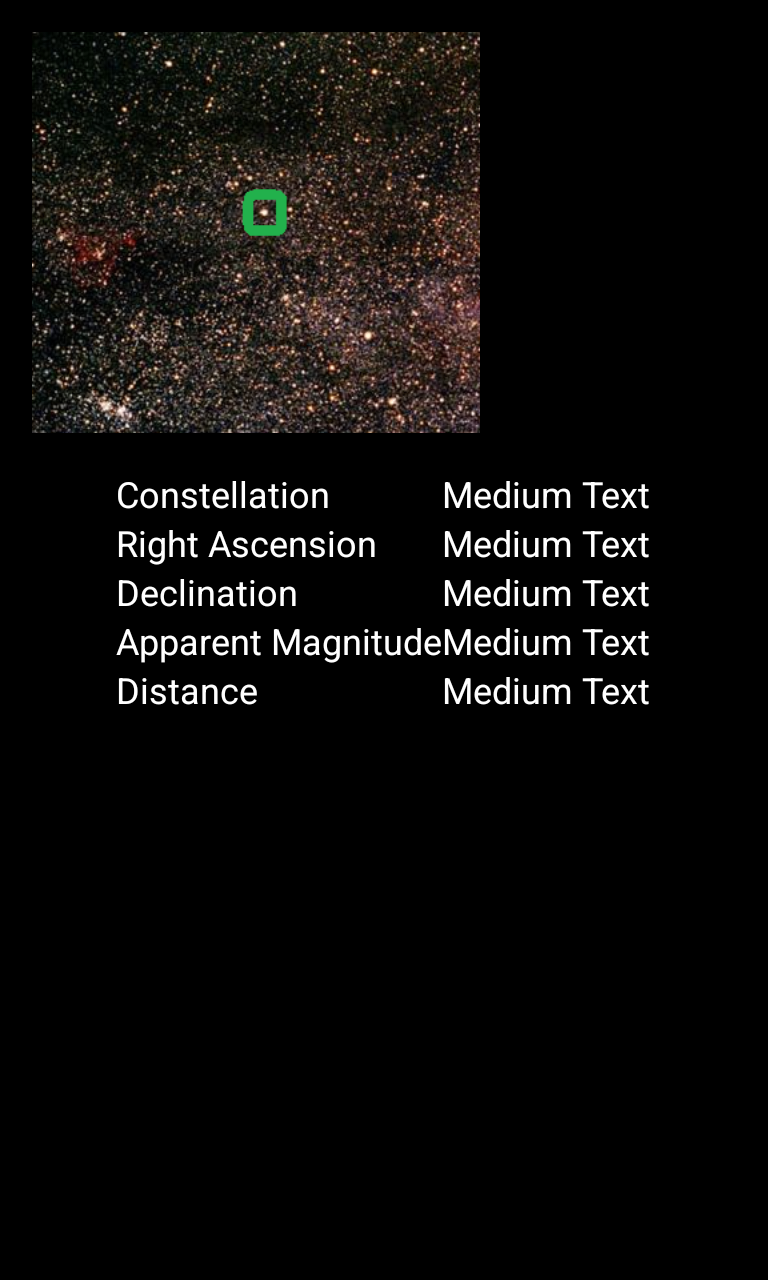
Repository: MoffMade/CSCE315-Android-App
Layout: Constellation Explorer Eclipse Project/Constellation Explorer/res/layout/activity_star_data.xml
These files come from the project's save history. The layout is drawn as it stood at one moment and after the next save; the edit follows.
It is drawn on a 768 x 1280 px phone screen (xhdpi) without system bars, with theme AppTheme; the app's code is not run.

Above is the layout before, as saved 2013-11-12 03:31:59.

After the next save:
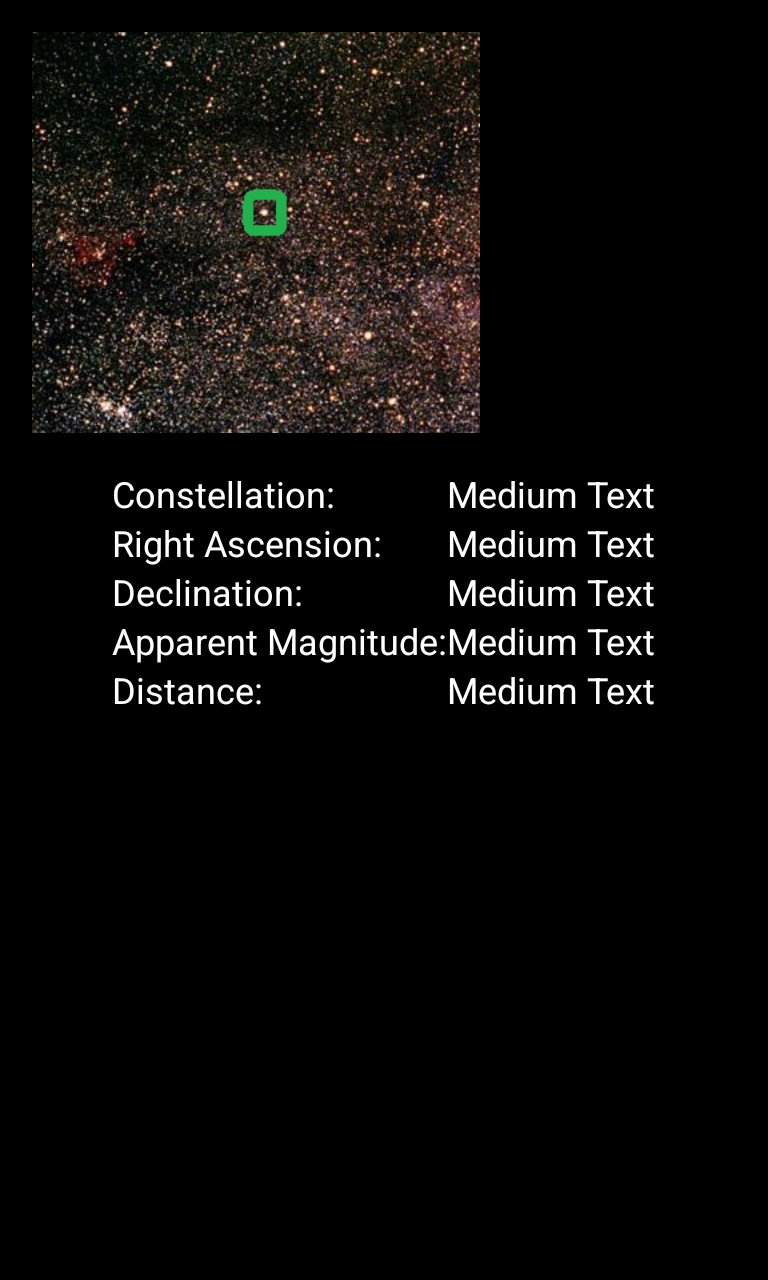
Saved 25 s later.
--- a/Constellation Explorer Eclipse Project/Constellation Explorer/res/values/strings.xml
+++ b/Constellation Explorer Eclipse Project/Constellation Explorer/res/values/strings.xml
@@ -28,9 +28,9 @@
     <string name="save_button">Save Progress</string>
     <string name="move_left_button">Move Left!</string>
     <string name="move_right_button">Move Right!</string>
-	<string name="constellation">Constellation</string>
-	<string name="right_ascension">Right Ascension</string>
-	<string name="declination">Declination</string>
-	<string name="magnitude">Apparent Magnitude</string>
-	<string name="distance">Distance</string>
+	<string name="constellation">Constellation: </string>
+	<string name="right_ascension">Right Ascension: </string>
+	<string name="declination">Declination: </string>
+	<string name="magnitude">Apparent Magnitude: </string>
+	<string name="distance">Distance: </string>
 </resources>
